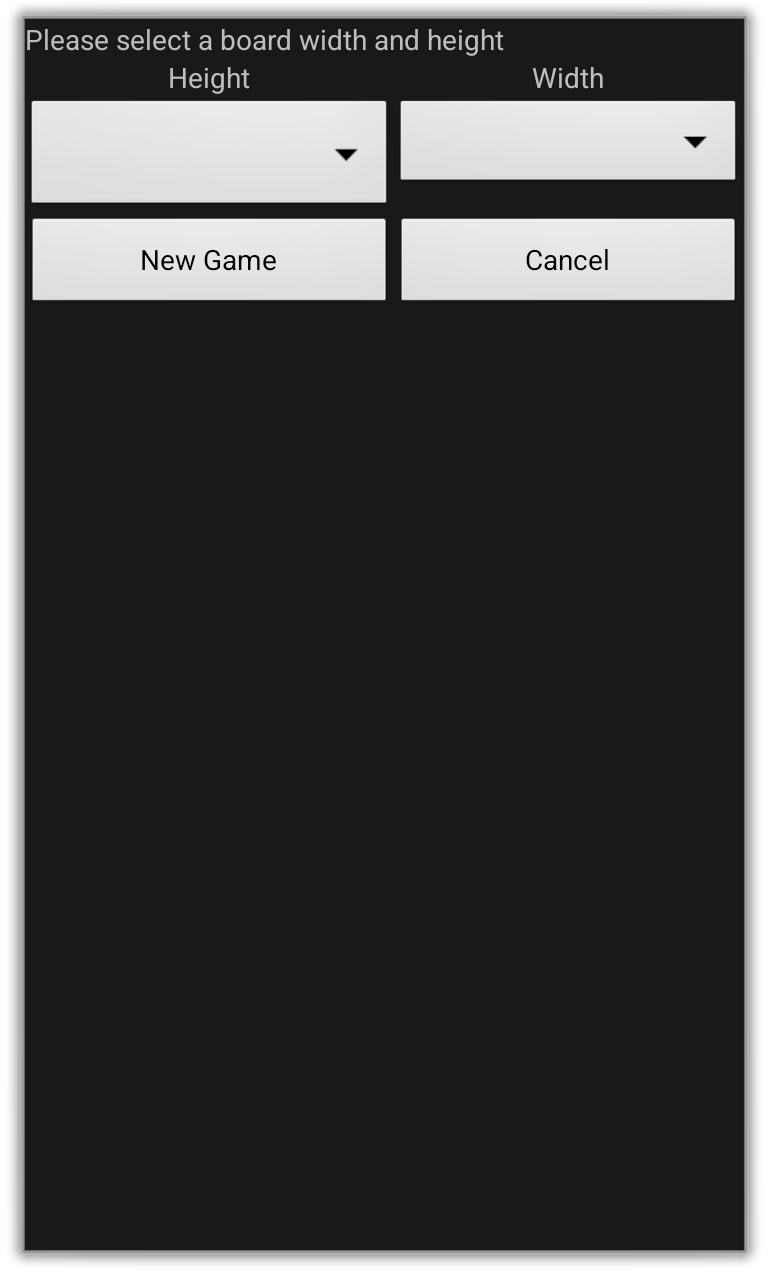
Repository: rickydalziel/project
Layout: Numbersorter/res/layout/new_game_dialog.xml
The author's editor kept a copy of each file at every save. The layout is drawn from the files as they stood at one save, then again after the next save.
It is drawn on a 768 x 1280 px phone screen (xhdpi) without system bars, with theme android:Theme.Dialog; the app's code is not run.

Above is the layout before, as saved 2013-02-14 11:41:34.

### Numbersorter/res/layout/new_game_dialog.xml
<?xml version="1.0" encoding="utf-8"?>

<LinearLayout
     xmlns:android="http://schemas.android.com/apk/res/android"
	 android:orientation="vertical"
	 android:layout_width="fill_parent"
	 android:layout_height="fill_parent">

	 <TextView
	    android:id="@+id/newgametext"
	    android:layout_width="fill_parent"
	  	android:layout_height="wrap_content"
	  	android:text="@string/newgametext" />


	  <TableLayout
	        android:layout_height="wrap_content"
	        android:layout_width="wrap_content"
	        android:layout_gravity="center"
	        android:stretchColumns="*">



	      <TableRow>

		        <TextView
				    android:id="@+id/heighttext"
				    android:layout_width="fill_parent"
				  	android:layout_height="wrap_content"
				  	android:text="@string/height"
				  	android:layout_gravity="center" />

		        <TextView
				    android:id="@+id/widthtext"
				    android:layout_width="fill_parent"
				  	android:layout_height="wrap_content"
				  	android:text="@string/width"
				  	android:layout_gravity="center" />



		    </TableRow>

	        <TableRow>



				<Spinner
				    android:padding="30dp"
				    android:id="@+id/heightspinner"
				    android:layout_width="fill_parent"
				  	android:layout_height="wrap_content"
				  	android:drawSelectorOnTop="true" />

				<Spinner
				    android:paddingTop="30dp"
				    android:id="@+id/widthspinner"
				    android:layout_width="fill_parent"
				  	android:layout_height="wrap_content"
				  	android:drawSelectorOnTop="true" />


	        </TableRow>




		    <TableRow>

		        <Button
		            android:id="@+id/start_new_game_button"
		            android:layout_width="fill_parent"
		            android:layout_height="fill_parent"
		            android:text="@string/new_game" />

		         <Button
		            android:id="@+id/cancel_button"
		            android:layout_width="fill_parent"
		            android:layout_height="fill_parent"
		            android:text="@string/cancel"  />



		    </TableRow>


		</TableLayout>

</LinearLayout>

### Numbersorter/res/values/strings.xml
<?xml version="1.0" encoding="utf-8"?>
<resources>

    <!-- Main menu strings -->

    <string name="app_name">Numbersorter</string>
    <string name="main_menu">Main Menu</string>
    <string name="menu_settings">Settings</string>
    <string name="title_activity_main">Number Sorter</string>
    <string name="new_game">New Game</string>
    <string name="continue_game">Continue</string>
    <string name="about">About</string>
    <string name="exit_game">Exit</string>

    <!-- About scree strings -->

    <string name="about_app">About Numbersorter</string>
    <string name="about_text">	    Numbersorter is a program written and desgned by Ricky Dalziel, for his 4th year honours project.
	    The aim of the game is to swipe a mxn grid of numbers into position so that they read from 1 - (m*n).
	</string>
    <string name="hello_world">Hello world!</string>
    <string name="title_activity_about">AboutActivity</string>

    <!-- New game dialog strings -->


    <string name = "newgametext">Please select a board width and height</string>
    <string name = "height">Height</string>
    <string name = "width">Width</string>
    <string name="cancel">Cancel</string>

    <!-- Array options for the dialog box -->

    <string-array name="size_array">
        <item>3</item>
        <item>4</item>
        <item>5</item>
        <item>6</item>
    </string-array>

</resources>

After the next save:
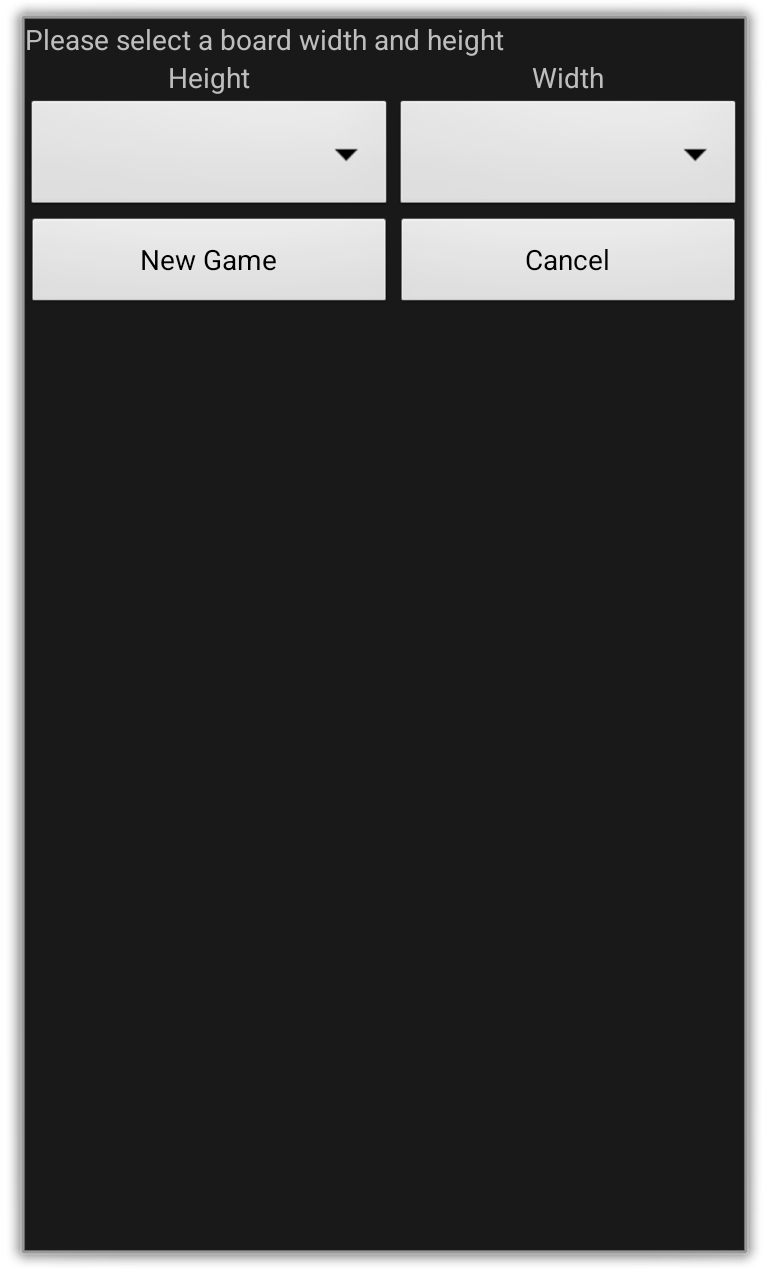
Saved 12 s later.
--- a/Numbersorter/res/layout/new_game_dialog.xml
+++ b/Numbersorter/res/layout/new_game_dialog.xml
@@ -53,7 +53,7 @@
 				  	android:drawSelectorOnTop="true" />
 
 				<Spinner
-				    android:paddingTop="30dp"
+				    android:padding="30dp"
 				    android:id="@+id/widthspinner"
 				    android:layout_width="fill_parent"
 				  	android:layout_height="wrap_content"
